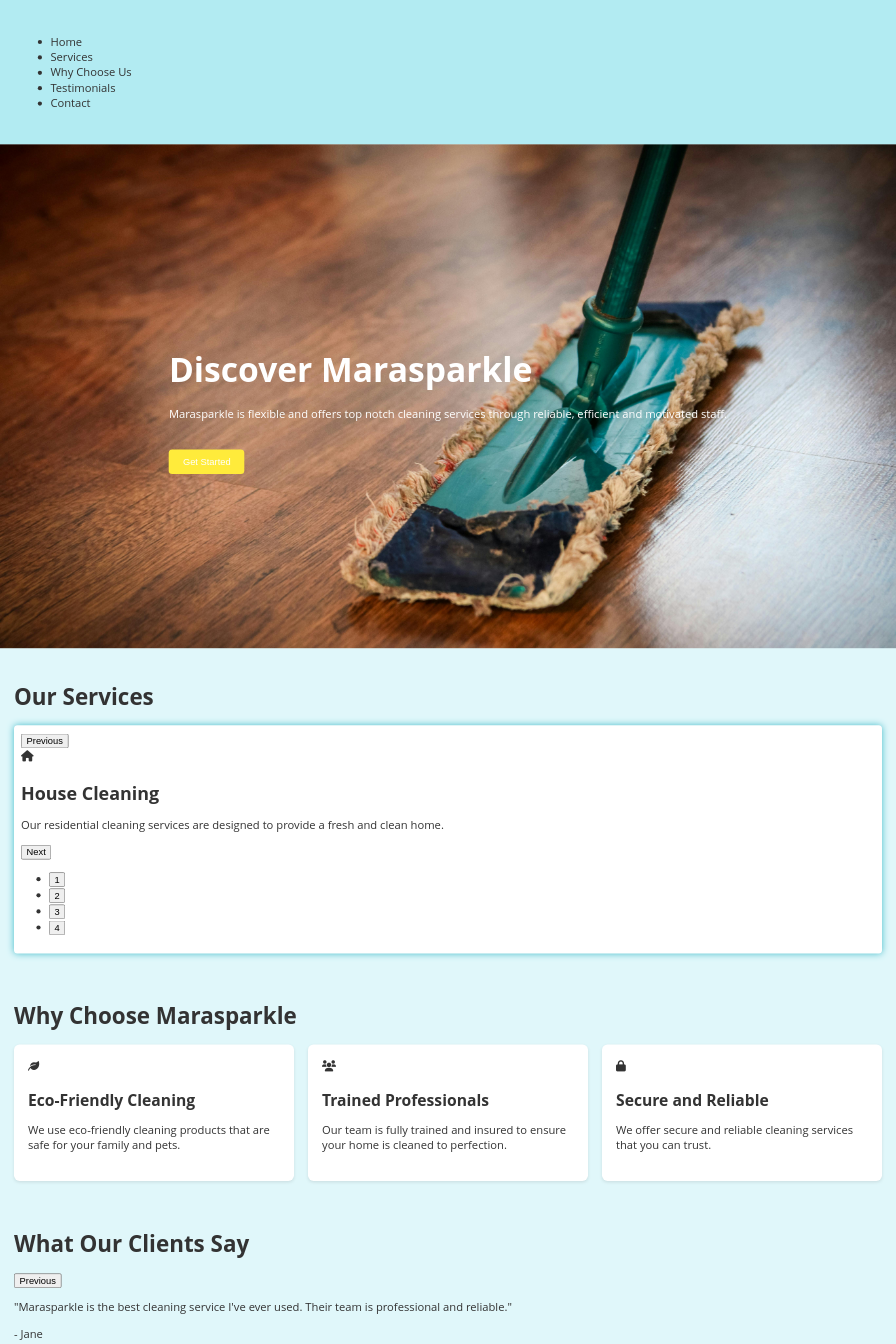
Repository: guineveretim/sparkle
Page: templates/application/bookin.html
These files come from the project's save history. The page is drawn as it stood at one moment and after the next save; the edit follows.
The browser window is 1280 px wide. The pictures show the part of the page from y = 0 to 1920 px (the page is 3037 px tall before and 2884 px after), at 70% of full size.
The page is served by the project's application, run on Django 5.2 (manage.py). Other server files are loaded and not shown. The template is opened directly, without the code that normally fills it, so the values that code supplies are empty.

Above is the page before, as saved 2025-03-26 14:41:38.

### templates/application/bookin.html
{%load static%}
<!DOCTYPE html>
<html lang="en">
<head>
    <meta charset="UTF-8">
    <meta name="viewport" content="width=device-width, initial-scale=1.0">
    <title>Marasparkle</title>

    <link rel="stylesheet" href="{% static 'css/application/bookin.css' %}">
    <link rel="stylesheet" href="https://cdnjs.cloudflare.com/ajax/libs/slick-carousel/1.8.1/slick.css">
    <link rel="stylesheet" href="https://cdnjs.cloudflare.com/ajax/libs/font-awesome/6.0.0/css/all.min.css" integrity="sha512-9usAa10IRO0HhonpyAIVpjrylPvoDwiPUiKdWk5t3PyolY1cOd4DSE0Ga+ri4AuTroPR5aQvXU9xC6qOPnzFeg==" crossorigin="anonymous" referrerpolicy="no-referrer" />
    <style>
        .hero{
            background-image: url('{% static "images/clean.jpg" %}');
            background-size: cover;
            background-position: center;
            height: 100vh;
            display: flex;
            justify-content: center;
            align-items: center;
            color: #fff;
        }

        .slide1{
            background-image: url('{% static "images/clean.jpg" %}');
            background-size: cover;
            background-position: center;
            height: 45vh;
            display: flex;
            justify-content: center;
            align-items: center;
            color: #fff;
            border-radius: 7px;
        }

        .slide2{
            background-image: url('{% static "images/clean.jpg" %}');
            background-size: cover;
            background-position: center;
            height: 45vh;
            display: flex;
            justify-content: center;
            align-items: center;
            color: #fff;
            border-radius: 7px;
        }

        .slide3{
            background-image: url('{% static "images/clean1.jpg" %}');
            background-size: cover;
            background-position: center;
            height: 45vh;
            display: flex;
            justify-content: center;
            align-items: center;
            color: #fff;
            border-radius: 7px;
        }

    </style>
</head>
<body>

    <header class="header">
        <div class="container">
            <nav class="nav">
                <ul>
                    <li class="logo">
                        <a href="{% url 'home'%}">Home</a>
                    </li>
                    <li>
                        <a href="#services">Services</a>
                    </li>
                    <li>
                        <a href="#why">Why Choose Us</a>
                    </li>
                    <li>
                        <a href="#testimonials">Testimonials</a>
                    </li>
                    <li>
                        <a href="#contact">Contact</a>
                    </li>
                </ul>
            </nav>
        </div>
    </header>

    <!-- Hero Section -->
    <section class="hero">
        <div class="container">
            <h1>Discover Marasparkle</h1>
                Marasparkle is flexible and offers top notch cleaning services through reliable, efficient and motivated staff.</p>
            <button class="btn">Get Started</button>
        </div>
    </section>

    <!-- Services Section -->
    <section class="services" id="services">
        <div class="container">
            <h2>Our Services</h2>
            <div class="services-grid">
                <div class="service-card">
                    <i class="fas fa-home"></i>
                    <h3>House Cleaning</h3>
                    <p>Our residential cleaning services are designed to provide a fresh and clean home.</p>
                </div>

                <div class="service-card">
                    <i class="fas fa-building"></i>
                    <h3>Commercial Cleaning</h3>
                    <p>Our commercial cleaning services are designed to provide a clean and healthy work environment.</p>
                </div>

                <div class="service-card">
                    <i class="fas fa-home"></i>
                    <h3>Maintanance</h3>
                    <p>Our Maintanance services are designed to provide a showroom-quality car.</p>
                </div>

                <div class="service-card">
                    <i class="fas fa-home"></i>
                    <h3>Maid Placement</h3>
                    <p> Maid Placement with Marasparkle</p>
                </div>

            </div>
        </div>
    </section>

    <!-- Why Choose Us Section -->
    <section class="why" id="why">
        <div class="container">
            <h2>Why Choose Marasparkle</h2>
            <div class="why-grid">
                <div class="why-item">
                    <i class="fas fa-leaf"></i>
                    <h3>Eco-Friendly Cleaning</h3>
                    <p>We use eco-friendly cleaning products that are safe for your family and pets.</p>
                </div>
                <div class="why-item">
                    <i class="fas fa-users"></i>
                    <h3>Trained Professionals</h3>
                    <p>Our team is fully trained and insured to ensure your home is cleaned to perfection.</p>
                </div>
                <div class="why-item">
                    <i class="fas fa-lock"></i>
                    <h3>Secure and Reliable</h3>
                    <p>We offer secure and reliable cleaning services that you can trust.</p>
                </div>
            </div>
        </div>
    </section>

    <!-- Testimonials Section -->
    <section class="testimonials" id="testimonials">
        <div class="container">
            <h2>What Our Clients Say</h2>
            <div class="testimonials-slider">
                <div class="testimonial">
                    <p>"Marasparkle is the best cleaning service I've ever used. Their team is professional and reliable."</p>
                    <p>- Jane</p>
                </div>
                <div class="testimonial">
                    <p>"I was blown away by the level of detail Marasparkle provided. Their team is top-notch."</p>
                    <p>- Timmy</p>
                </div>
            </div>
        </div>
    </section>

    <!-- Contact Section -->
    <section class="contact" id="contact">
        <div class="container">
            <h2>Get in Touch</h2>
            <form>
                <input type="text" name="name" placeholder="Name">
                <input type="email" name="email" placeholder="Email">
                <textarea name="message" placeholder="Message"></textarea>
                <button class="btn">Send Message</button>
            </form>
            <div class="social-media">
                <a href="#" target="_blank"><i class="fab fa-facebook-f"></i></a>
                <a href="#" target="_blank"><i class="fab fa-twitter"></i></a>
                <a href="#" target="_blank"><i class="fab fa-instagram"></i></a>
            </div>
        </div>
    </section>

    <!-- Slider Section -->
    <section class="slider">
        <div class="container">
            <h2>Our Story</h2>
            <div class="slider-grid">
                <div class="slide1">
                    <img src="" alt="">
                    <p>Lorem ipsum dolor sit amet, consectetur adipiscing elit. Sed sit amet nulla auctor, vestibulum magna sed, convallis ex.</p>
                </div>
                <div class="slide2">
                    <img src="" alt="">
                    <p>Lorem ipsum dolor sit amet, consectetur adipiscing elit. Sed sit amet nulla auctor, vestibulum magna sed, convallis ex.</p>
                </div>
                <div class="slide3">
                    <img src="" alt="">
                    <p>Lorem ipsum dolor sit amet, consectetur adipiscing elit. Sed sit amet nulla auctor, vestibulum magna sed, convallis ex.</p>
                </div>
            </div>
        </div>
    </section>

    <!-- Footer Section -->
    <footer>
        <div class="container">
            <div class="footer-grid">
                <div class="footer-item">
                    <h3>Get in Touch</h3>
                    <p>Phone: +263 786 167 159 </p>
                    <p>Email: <a href="#" target="_blank">info@marasparkle.com</a></p>
                </div>
                <div class="footer-item">
                    <h3>Follow Us</h3>
                    <a href="#" target="_blank"><i class="fab fa-facebook-f"></i></a>
                    <a href="#" target="_blank"><i class="fab fa-twitter"></i></a>
                    <a href="#" target="_blank"><i class="fab fa-instagram"></i></a>
                </div>
            </div>
        </div>
    </footer>

    <script src="https://code.jquery.com/jquery-3.6.0.min.js"></script>
    <script src="https://cdnjs.cloudflare.com/ajax/libs/slick-carousel/1.8.1/slick.min.js"></script>
    <script>
        $(document).ready(function(){
            $('.services-grid').slick({
                slidesToShow: 1,
                slidesToScroll: 1,
                arrows: true,
                dots: true,
                infinite: true,
                speed: 500,
            });

            $('.testimonials-slider').slick({
                slidesToShow: 1,
                slidesToScroll: 1,
                arrows: true,
                dots: true,
                infinite: true,
                speed: 500,
            });
        });
    </script>
</body>
</html>

### marasparkleweb/urls.py
"""
URL configuration for marasparkleweb project.

The `urlpatterns` list routes URLs to views. For more information please see:
    https://docs.djangoproject.com/en/5.1/topics/http/urls/
Examples:
Function views
    1. Add an import:  from my_app import views
    2. Add a URL to urlpatterns:  path('', views.home, name='home')
Class-based views
    1. Add an import:  from other_app.views import Home
    2. Add a URL to urlpatterns:  path('', Home.as_view(), name='home')
Including another URLconf
    1. Import the include() function: from django.urls import include, path
    2. Add a URL to urlpatterns:  path('blog/', include('blog.urls'))
"""
from django.contrib import admin
from django.urls import include, path

urlpatterns = [
    path('admin/', admin.site.urls),
    path('', include('marasparkle.urls')),
]

### marasparkle/urls.py
from django.urls import path

from marasparkle.forms import ResetPasswordConfirmForm, ResetPasswordForm
from . import views
from django.contrib.auth import views as auth_views


urlpatterns = [
    path('', views.home, name='home'),
    path('about/',views.about_view, name='about'),
    path('services/',views.Service,name='services_details'),
    path('login/', views.login_view, name= 'login'),
    path('register/', views.register, name='register'),
    path('contact/', views.contact, name='contact'),

    path('password_reset/', auth_views.PasswordResetView.as_view(
        template_name='authentication/password_reset.html',
        form_class=ResetPasswordForm
    ), name='password_reset'),


    path('password_reset_done/', auth_views.PasswordResetDoneView.as_view(
        template_name='authentication/password_reset_done.html'
    ), name='password_reset_done'),


    path('password_reset_confirm/<uidb64>/<token>/', auth_views.PasswordResetConfirmView.as_view(
        template_name='authentication/password_reset_confirm.html',
        form_class=ResetPasswordConfirmForm
    ), name='password_reset_confirm'),

    path('password_reset_complete/', auth_views.PasswordResetCompleteView.as_view(
        template_name='authentication/password_reset_complete.html'
    ), name='password_reset_complete'),

    path('booking/',views.create_booking, name= 'bookings'),



]

### static/css/application/bookin.css
/* bookin.css */

/* Variables (if using a preprocessor) */
:root {
  --primary-color: #E0F7FA;
  --secondary-color: #B2EBF2;
  --accent-color: #FFEB3B;
  --text-color: #333;
}

body {
    font-family: 'Open Sans', sans-serif;
    color: var(--text-color);
    background-color: var(--primary-color); /* Example */
    margin: 0;
    padding: 0;
    transition: background-color 0.3s ease;
}

.header {
    background-color: var(--secondary-color);
    padding: 2rem;
    display: flex;
    justify-content: space-between;
    align-items: center;
    position: relative;
}

.nav {
    list-style: none;
    margin: 0;
    padding: 0;
    display: flex;
}

.nav li {
    margin-right: 20px;
}

.nav a {
    text-decoration: none;
    color: var(--text-color);
}

.nav a:hover {
    color: var(--accent-color);
}

/* Hero Section Styles */

.hero {
    height: 100vh;

    background-size: cover;
    background-position: center;
}

.hero .container {
    max-width: 1200px;
    margin: 0 auto;
    padding: 20px;
}

.hero h1 {
    font-size: 3rem;
    font-weight: bold;
    color: #fff;
    margin-bottom: 20px;
}

.hero p {
    margin-bottom: 40px;
    font-size: 1.4rem;
}

.hero button {
    background-color: var(--accent-color);
    color: #fff;
    padding: 10px 20px;
    border: none;
    border-radius: 5px;
    cursor: pointer;
}

.hero button:hover {
    background-color: darken(var(--accent-color), 10%); /* Darken on hover (requires a preprocessor function) */
}

/* Services Section Styles */

.services {
    padding: 20px;
}

.services-grid{
    display: grid;
    grid-template-columns: repeat(2, 1fr);
    gap: 20px;
    background-color: #fff;
    padding: 10px;
    box-shadow:0 0 10px rgb(65, 187, 201);
    border-radius: 5px;
}
.services h2 {
    font-size: 2rem;
    font-weight: bold;
    margin-bottom: 20px;
}

.services-card {
    background-color: #fff;
    padding: 20px;
    border-radius: 8px;
    box-shadow: 0 2px 5px rgba(0, 0, 0, 0.1);
    margin-bottom: 20px;
}

.services-icon {
    font-size: 2rem;
    margin-bottom: 10px;
}

.services h3 {
    font-size: 1.6rem;
    font-weight: bold;
    margin-bottom: 10px;
}

/* Why Choose Us Section Styles */

.why {
    padding: 20px;
}

.why h2 {
    font-size: 2rem;
    font-weight: bold;
    margin-bottom: 20px;
}

.why-grid {
    display: grid;
    grid-template-columns: repeat(3, 1fr);
    gap: 20px;
}

.why-item {
    background-color: #fff;
    padding: 20px;
    border-radius: 8px;
    box-shadow: 0 2px 5px rgba(0, 0, 0, 0.1);
}

.why-item h3 {
    font-size: 1.4rem;
    font-weight: bold;
    margin-bottom: 10px;
}

.why-item p {
    margin-bottom: 20px;
}

/* Testimonials Section Styles */

.testimonials {
    padding: 20px;
}

.testimonials h2 {
    font-size: 2rem;
    font-weight: bold;
    margin-bottom: 20px;
}

.testimonials-slider {
    margin-bottom: 20px;
}

.testimonial p {
    margin-bottom: 10px;
}

/* Contact Section Styles */

.contact {
    padding: 20px;
}

.contact h2 {
    font-size: 2rem;
    font-weight: bold;
    margin-bottom: 20px;
}

.contact form {
    display: flex;
    flex-direction: column;
    justify-content: center;
    align-items: center;
    margin-bottom: 20px;
}

.contact input, .contact textarea {
    padding: 10px;
    margin-bottom: 10px;
    border: none;
    border-radius: 5px;
    width: 100%;
}

.contact button {
    background-color: var(--accent-color);
    color: #fff;
    padding: 10px 20px;
    border: none;
    border-radius: 5px;
    cursor: pointer;
}

.contact button:hover {
    background-color: darken(var(--accent-color), 10%); /* Darken on hover (requires a preprocessor function) */
}

.social-media {
    display: flex;
}

.social-media a {
    margin-right: 10px;
}

/* Footer Section Styles */

.footer {
    background-color: var(--primary-color);
    padding: 20px;
    color: #fff;
}

.footer-grid {
    display: grid;
    grid-template-columns: repeat(2, 1fr);
    gap: 20px;
}

.footer-item {
    background-color: #fff;
    padding: 20px;
    border-radius: 8px;
    box-shadow: 0 2px 5px rgba(0, 0, 0, 0.1);
}

.footer-item h3 {
    font-size: 1.4rem;
    font-weight: bold;
    margin-bottom: 10px;
}

.footer-item p {
    margin-bottom: 20px;
}

/* Slider Section Styles */

.slider {
    padding: 20px;
}

.slider-grid {
    display: grid;
    grid-template-columns: repeat(3, 1fr);
    gap: 20px;
}

.slide {
    background-color: #fff;
    padding: 20px;
    border-radius: 8px;
    box-shadow: 0 2px 5px rgba(0, 0, 0, 0.1);
}

.slide img {
    width: 100%;
    height: 200px;
    object-fit: cover;
    border-radius: 8px 8px 0 0;
}

.slide p {
    margin-bottom: 20px;
}

After the next save:
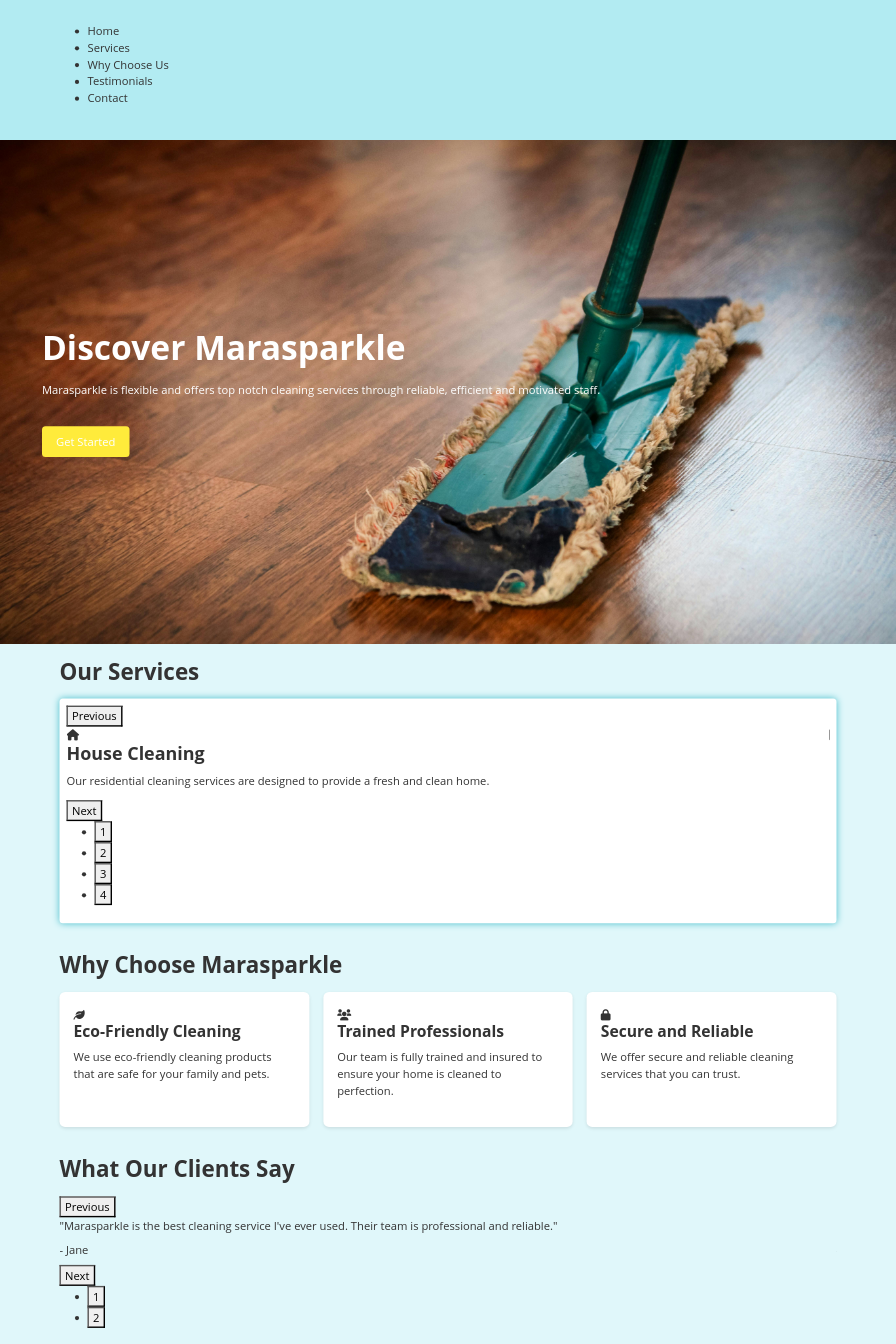
Saved 3 min 46 s later.
--- a/templates/application/bookin.html
+++ b/templates/application/bookin.html
@@ -5,6 +5,15 @@
     <meta charset="UTF-8">
     <meta name="viewport" content="width=device-width, initial-scale=1.0">
     <title>Marasparkle</title>
+
+        <!-- Font Awesome CDN -->
+        <link rel="stylesheet" href="https://cdnjs.cloudflare.com/ajax/libs/font-awesome/6.0.0-beta3/css/all.min.css">
+
+        <!--Google fomts-->
+        <link href="https://fonts.googleapis.com/css2?family=Roboto:wght@400&display=swap" rel="stylesheet">
+
+        <!-- Bootstrap core CSS -->
+        <link rel="stylesheet" href="https://cdn.jsdelivr.net/npm/bootstrap@4.1.3/dist/css/bootstrap.min.css" integrity="sha384-MCw98/SFnGE8fJT3GXwEOngsV7Zt27NXFoaoApmYm81iuXoPkFOJwJ8ERdknLPMO" crossorigin="anonymous">
 
     <link rel="stylesheet" href="{% static 'css/application/bookin.css' %}">
     <link rel="stylesheet" href="https://cdnjs.cloudflare.com/ajax/libs/slick-carousel/1.8.1/slick.css">
